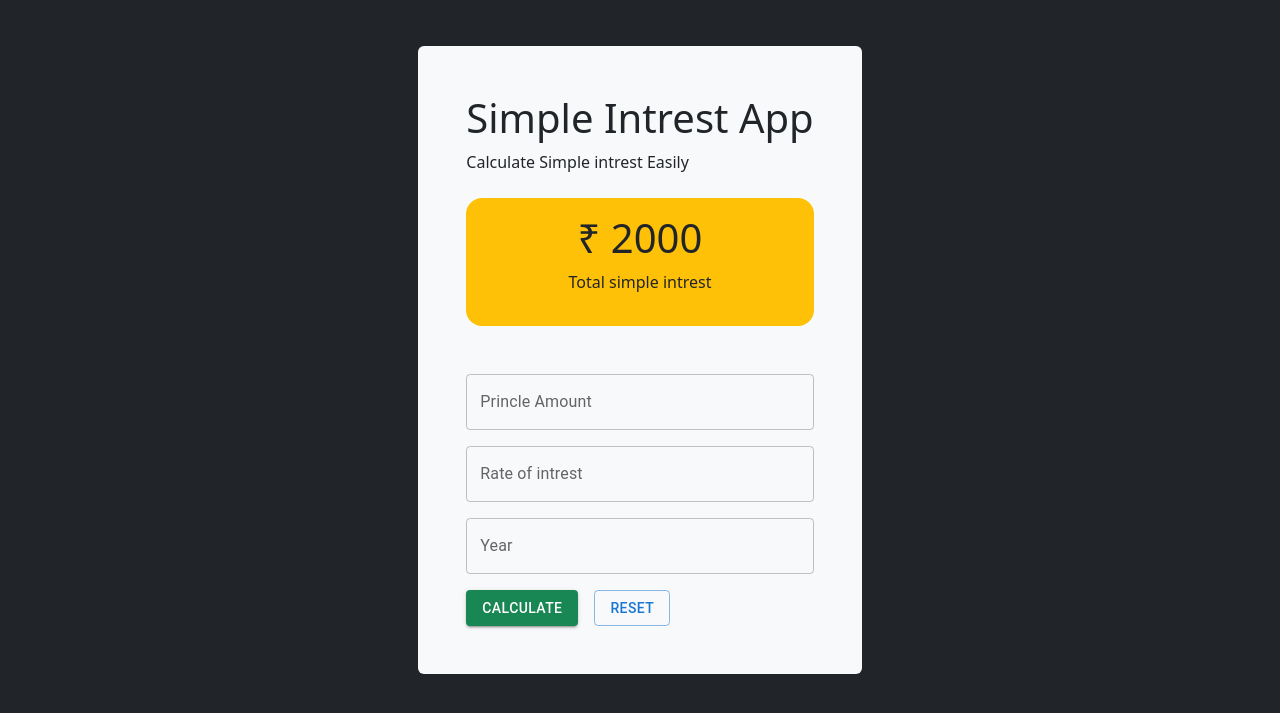
Repository: Afraz13/simple-intrest
Page: /
An editor plug-in stored every save of this project. The page is shown before and after a run of saves, followed by the edit.
The browser window is 1280 px wide. The pictures show the whole page.
The project was rebuilt for these pictures with package versions that can differ from the ones it lists, and the page was loaded fresh each time. Also part of the build but not shown: src/index.css, src/App.css.

Above is the page before, as saved 2024-07-15 20:51:11.

After the next 5 saves:
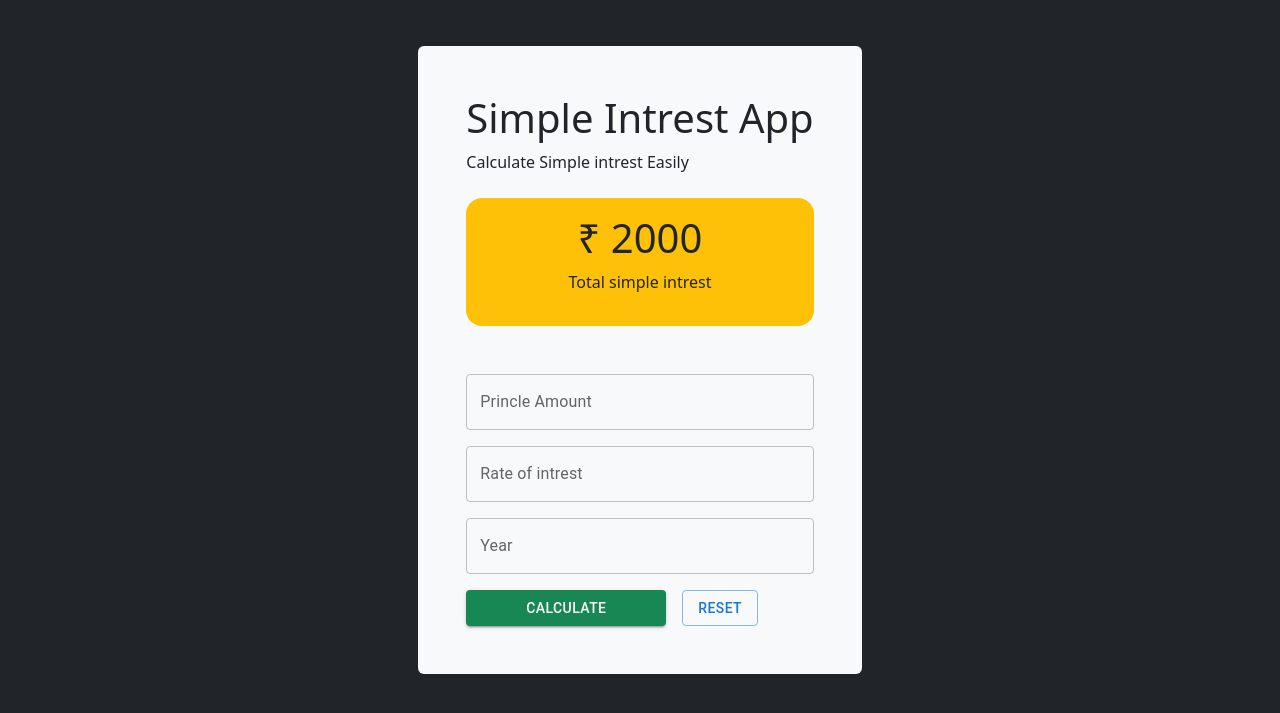
The 5 saves are shown as one change because 1 did not build or start and some came seconds apart.
The last was saved 21 s later.
--- a/src/App.js
+++ b/src/App.js
@@ -26,7 +26,7 @@ function App() {
      <TextField className='w-100' id="outlined-basic" label="Year" variant="outlined" />
      </div>
      <Stack direction="row" spacing={2}>
-     <Button className='bg-success' variant="contained">Calculate</Button>
+     <Button className='bg-success' style={{width:200}} variant="contained">Calculate</Button>
      <Button variant="outlined">Reset</Button>
 </Stack>
     </form>
